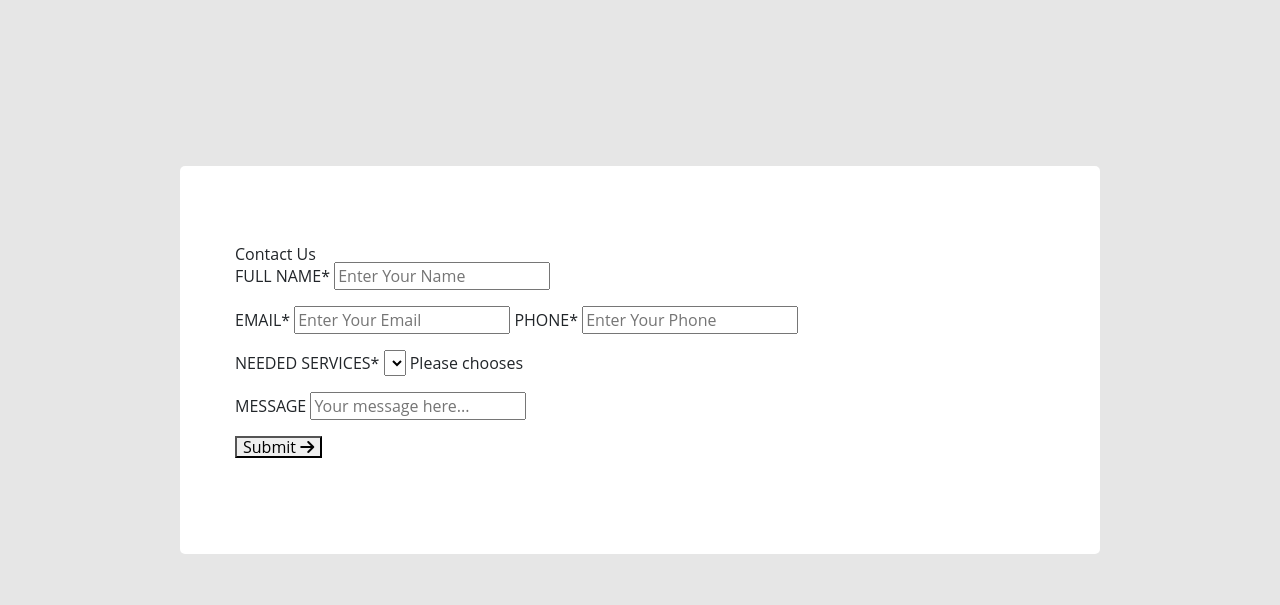
Repository: letrongtinh27/LapTrinhWeb
Page: form-contact/index.html
These files come from the project's save history. The page is drawn as it stood at one moment and after the next save; the edit follows.
The browser window is 1280 px wide. The pictures show the whole page.

Above is the page before, as saved 2022-10-09 11:17:21.

### form-contact/index.html
<!DOCTYPE html>
<html lang="en">
<head>
    <meta charset="UTF-8">
    <meta http-equiv="X-UA-Compatible" content="IE=edge">
    <meta name="viewport" content="width=device-width, initial-scale=1.0">
    <title>Form Contact Us</title>
    <link rel="stylesheet" href="https://cdn.jsdelivr.net/npm/bootstrap@4.3.1/dist/css/bootstrap.min.css" integrity="sha384-ggOyR0iXCbMQv3Xipma34MD+dH/1fQ784/j6cY/iJTQUOhcWr7x9JvoRxT2MZw1T" crossorigin="anonymous">
    <link rel="stylesheet" href="reset.css">
    <link rel="stylesheet" href="style.css">
    <link rel="stylesheet" href="https://cdnjs.cloudflare.com/ajax/libs/font-awesome/6.2.0/css/all.min.css" integrity="sha512-xh6O/CkQoPOWDdYTDqeRdPCVd1SpvCA9XXcUnZS2FmJNp1coAFzvtCN9BmamE+4aHK8yyUHUSCcJHgXloTyT2A==" crossorigin="anonymous" referrerpolicy="no-referrer" />
</head>
<body>
    <div class="contact">
        <h2 class="contact-title">Contact Us</h2>
        <form action="#" class="contact-form">
            <div class="form-group">
                <label for="">FULL NAME*</label>
                <input type="text" class="form-input" placeholder="Enter Your Name">
            </div>
            <div class="form-group">
                <label for="">EMAIL*</label>
                <input type="email" class="form-input" placeholder="Enter Your Email">
                <label for="">PHONE*</label>
                <input type="email" class="form-input" placeholder="Enter Your Phone">
            </div>
            <div class="form-group">
                <label for="">NEEDED SERVICES*</label>
                <select name="service" id="">
                </select>
                <span>Please chooses</span>
            </div>
            <div class="form-group">
                <label for="">MESSAGE</label>
                <input type="text" class="form-input" placeholder="Your message here...">
            </div>
            <div class="form-group">
                <button class="form-submit">Submit <i class="fa-solid fa-arrow-right"></i></button>
            </div>
        </form>
    </div>
    <script src="https://code.jquery.com/jquery-3.3.1.slim.min.js" integrity="sha384-q8i/X+965DzO0rT7abK41JStQIAqVgRVzpbzo5smXKp4YfRvH+8abtTE1Pi6jizo" crossorigin="anonymous"></script>
    <script src="https://cdn.jsdelivr.net/npm/popper.js@1.14.7/dist/umd/popper.min.js" integrity="sha384-UO2eT0CpHqdSJQ6hJty5KVphtPhzWj9WO1clHTMGa3JDZwrnQq4sF86dIHNDz0W1" crossorigin="anonymous"></script>
    <script src="https://cdn.jsdelivr.net/npm/bootstrap@4.3.1/dist/js/bootstrap.min.js" integrity="sha384-JjSmVgyd0p3pXB1rRibZUAYoIIy6OrQ6VrjIEaFf/nJGzIxFDsf4x0xIM+B07jRM" crossorigin="anonymous"></script>
</body>
</html>

### form-contact/style.css
body {
    font-family: 'Open Sans',sans-serif;
    width: 100%;
    height: 100vh;
    display: flex;
    align-items: center;
    justify-content: center;
    background: #e6e6e6;
}

.contact{
   width: 100%;
   max-width: 920px;
   background-color: #ffffff;
   border-radius: 5px;
   padding: 80px 55px;
}
.contact-title{

}
.contact-form{

}
.form-group{

}
.form-input{

}
.form-submit{

}
.fa-solid{

}
.fa-arrow-right{

}

Loaded but not shown: form-contact/reset.css (common file)

After the next save:
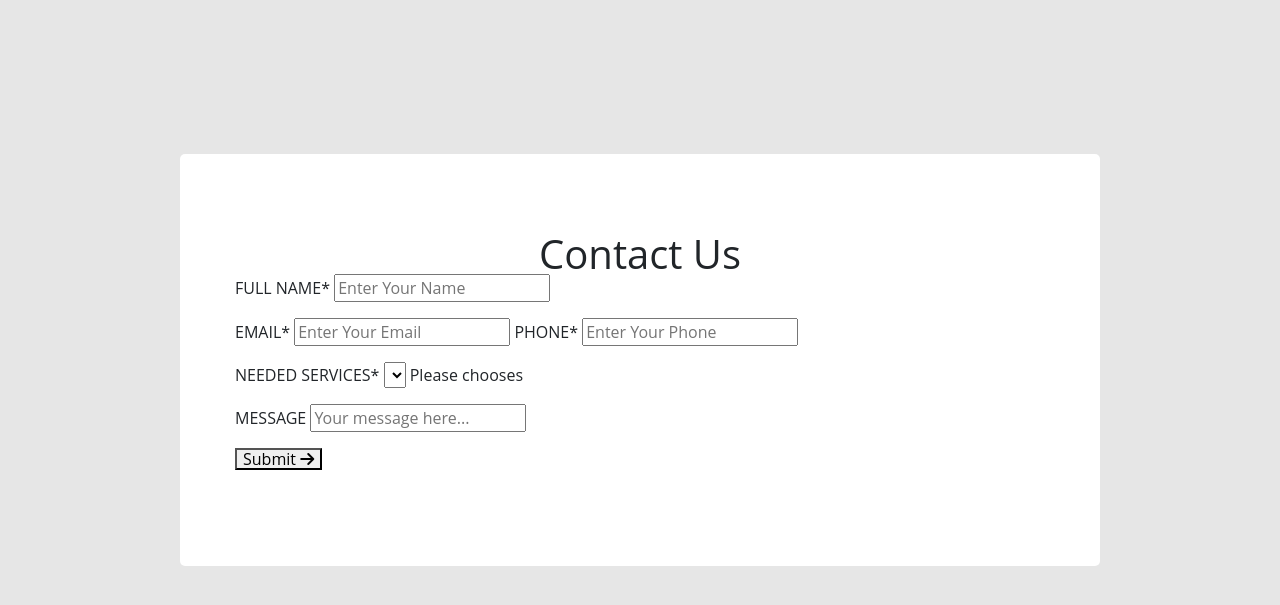
Saved 91 s later.
--- a/form-contact/style.css
+++ b/form-contact/style.css
@@ -16,7 +16,8 @@ body {
    padding: 80px 55px;
 }
 .contact-title{
-
+    font-size: 40px;
+    text-align: center;
 }
 .contact-form{
 
